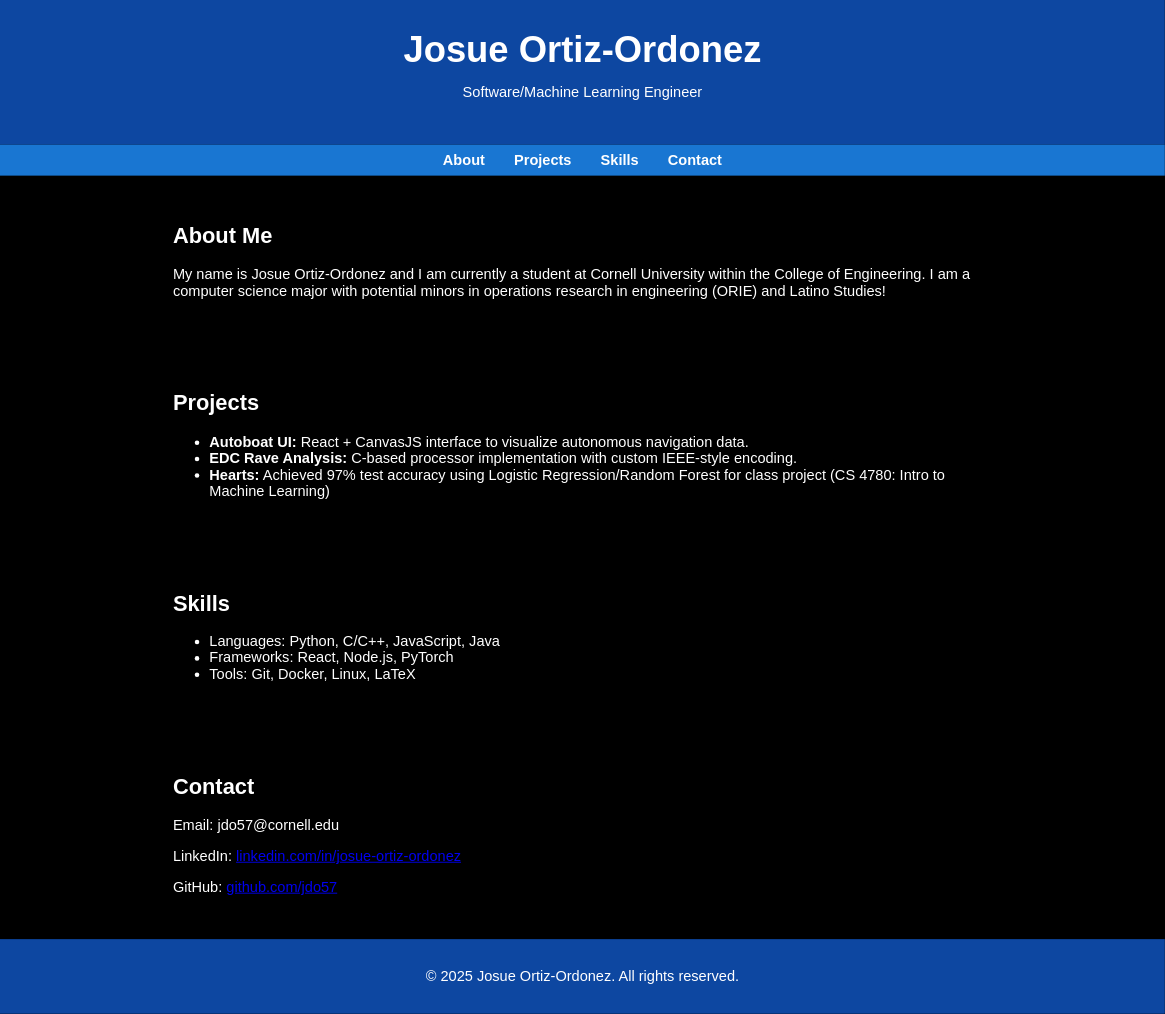
Repository: jdo57/Website
Page: index.html
The author's editor kept a copy of each file at every save. The page is drawn from the files as they stood at one save, then again after the next save.
The browser window is 1280 px wide. The pictures show the whole page, at 91% of full size.

Above is the page before, as saved 2025-05-26 01:21:12.

After the next save:
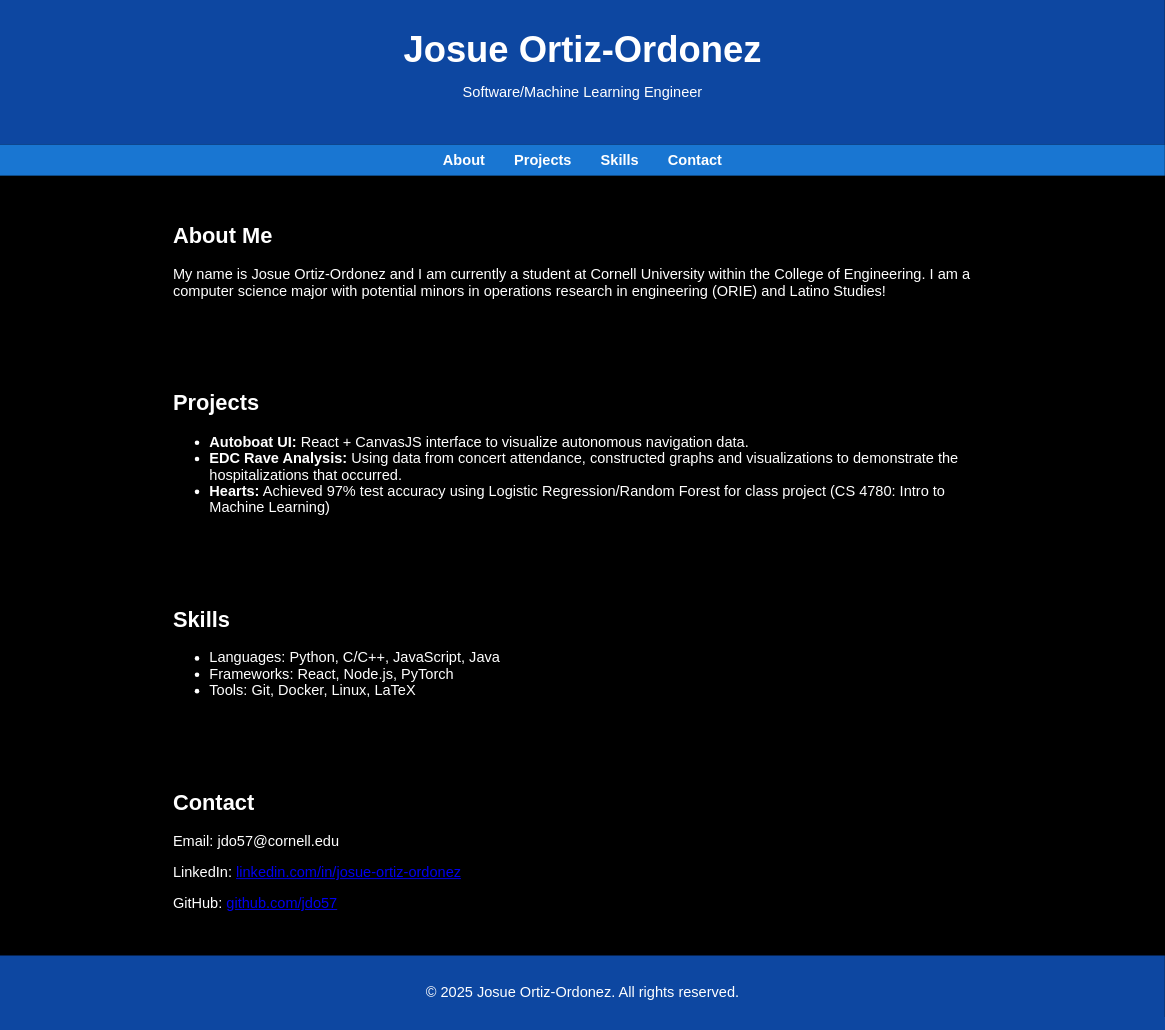
Saved 31 s later.
--- a/index.html
+++ b/index.html
@@ -90,7 +90,7 @@
     <h2>Projects</h2>
     <ul>
       <li><strong>Autoboat UI:</strong> React + CanvasJS interface to visualize autonomous navigation data.</li>
-      <li><strong>EDC Rave Analysis:</strong> C-based processor implementation with custom IEEE-style encoding.</li>
+      <li><strong>EDC Rave Analysis:</strong>  Using data from concert attendance, constructed graphs and visualizations to demonstrate the hospitalizations that occurred.</li>
       <li><strong>Hearts:</strong> Achieved 97% test accuracy using Logistic Regression/Random Forest for
       class project (CS 4780: Intro to Machine Learning)</li>
 
